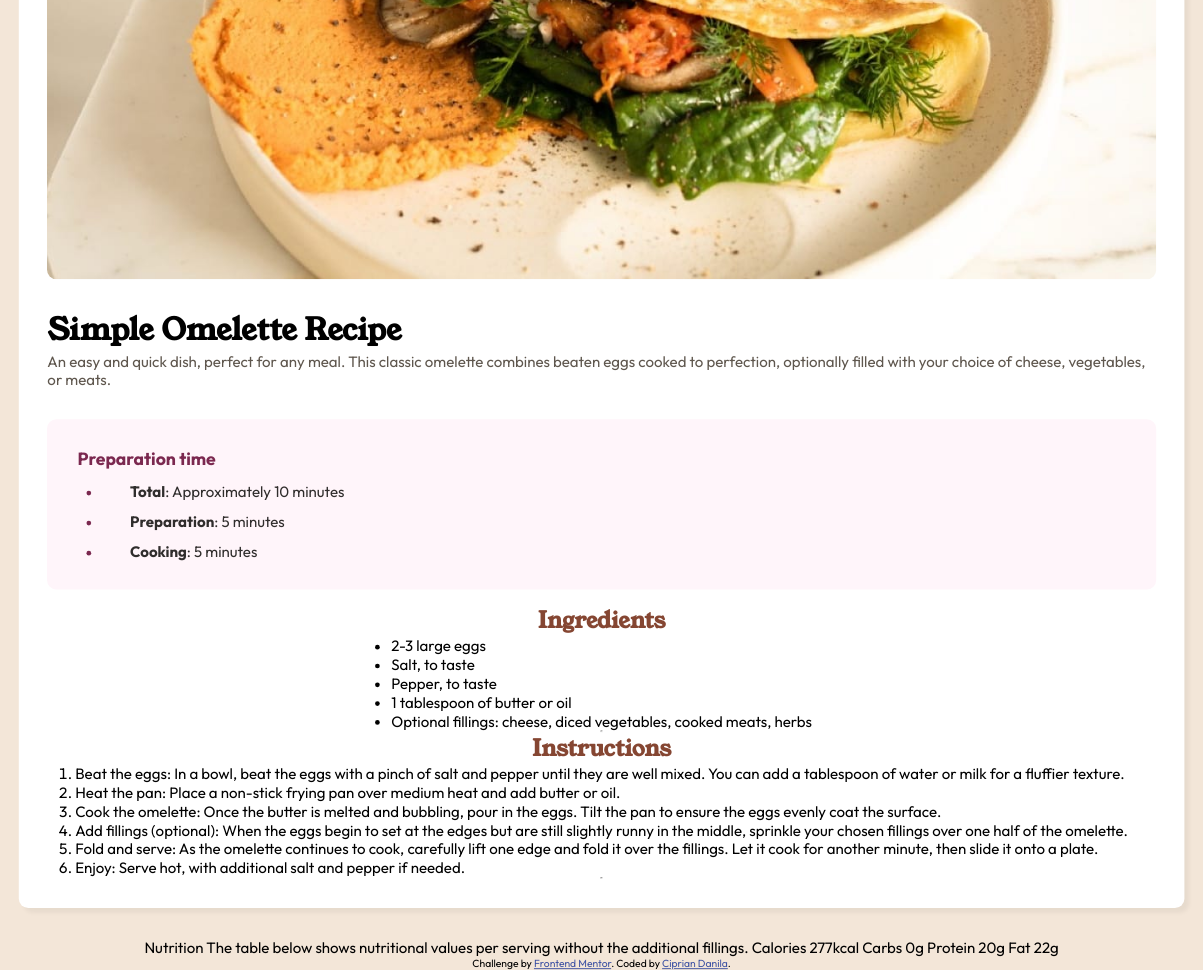
Repository: cipdanila/recipe-page
Page: index.html
An editor plug-in stored every save of this project. The page is shown before and after the next save, followed by the edit.
The browser window is 1280 px wide. The pictures show the whole page, at 94% of full size.

Above is the page before, as saved 2024-01-21 17:08:52.

### index.html
<!DOCTYPE html>
<html lang="en">
<head>
  <meta charset="UTF-8">
  <meta name="viewport" content="width=device-width, initial-scale=1.0"> <!-- displays site properly based on user's device -->

  <link rel="icon" type="image/png" sizes="32x32" href="./assets/images/favicon-32x32.png">
  <link rel="stylesheet" href="styles.css">

  <title>Frontend Mentor | Recipe page</title>

</head>
<body>
  <main>
    <div class="container">
      <img src="./assets/images//image-omelette.jpeg" alt="image-omlette">
      <div class="intro-section">
        <h1>Simple Omelette Recipe</h1>
        <p>
          An easy and quick dish, perfect for any meal. This classic omelette combines beaten eggs cooked
          to perfection, optionally filled with your choice of cheese, vegetables, or meats.
        </p>
      </div>
      <div class="prep-container">
        <h3>Preparation time</h3>
        <ul>
          <li><span>Total</span>: Approximately 10 minutes</li>
          <li><span>Preparation</span>: 5 minutes</li>
          <li><span>Cooking</span>: 5 minutes</li>
        </ul>
      </div>
      <h2>Ingredients</h2>
      <ul>
        <li>2-3 large eggs</li>
        <li>Salt, to taste</li>
        <li>Pepper, to taste</li>
        <li>1 tablespoon of butter or oil</li>
        <li>Optional fillings: cheese, diced vegetables, cooked meats, herbs</li>
      </ul>
      <hr>
      <h2>Instructions</h2>
      <ol>
        <li>Beat the eggs: In a bowl, beat the eggs with a pinch of salt and pepper until they are well mixed.
          You can add a tablespoon of water or milk for a fluffier texture.</li>
        <li>Heat the pan: Place a non-stick frying pan over medium heat and add butter or oil.</li>
        <li>Cook the omelette: Once the butter is melted and bubbling, pour in the eggs. Tilt the pan to ensure
          the eggs evenly coat the surface.</li>
        <li>Add fillings (optional): When the eggs begin to set at the edges but are still slightly runny in the
          middle, sprinkle your chosen fillings over one half of the omelette.</li>
        <li>Fold and serve: As the omelette continues to cook, carefully lift one edge and fold it over the
          fillings. Let it cook for another minute, then slide it onto a plate.</li>
        <li>Enjoy: Serve hot, with additional salt and pepper if needed.</li>
      </ol>
      <hr>
    </div>
  </main>

  Nutrition

  The table below shows nutritional values per serving without the additional fillings.

  Calories
  277kcal

  Carbs
  0g

  Protein
  20g

  Fat
  22g
  <footer>
    <div class="attribution">
      Challenge by <a href="https://www.frontendmentor.io?ref=challenge" target="_blank" rel="noopener">Frontend Mentor</a>.
      Coded by <a href="https://github.com/cipdanila" target="_blank" rel="noopener noreferrer">Ciprian Danila</a>.
    </div>
  </footer>
</body>
</html>

### styles.css
@import url("https://fonts.googleapis.com/css2?family=Outfit:wght@400;600;700&family=Young+Serif&display=swap");

* {
    margin: 0;
    padding: 0;
    box-sizing: border-box;
}

:root {
    /* Primary Colors */
    --nutmeg: hsl(14, 45%, 36%);            /* h2 */
    --dark-raspberry: hsl(332, 51%, 32%);   /* h3 */
    /* Neutral Colors */
    --white: hsl(0, 0%, 100%);              /* main container */
    --rose-white: hsl(330, 100%, 98%);      /* second container */
    --eggshell: hsl(30, 54%, 90%);          /* body */
    --light-grey: hsl(30, 18%, 87%);        /* shadow */
    --wenge-brown: hsl(30, 10%, 34%);       /* regular font */
    --dark-charcoal: hsl(24, 5%, 18%);      /* bold font */
    /* Fonts */
    --font-heads: 'Young Serif', sans-serif;
    --font-body: 'Outfit', sans-serif;
}

body {
    font-family: var(--font-body);
    font-size: 16px;
    background-color: var(--eggshell);
    display: flex;
    flex-direction: column;
    align-items: center;
    justify-content: center;
    height: calc(100vh - 1px);
    margin: 1.25rem;
}

img {
    max-width: 100%;
}

h1, h2 {
    font-family: var(--font-heads);
}

h2 {
    color: var(--nutmeg);
}

h3 {
    font-family: var(--font-body);
    color: var(--dark-raspberry);
}

p {
    color: var(--wenge-brown);
}

.container {
    background-color: var(--white);
    padding: 1.90rem;
    border-radius: 0.625rem;
    box-shadow: 5px 5px 5px rgba(0, 0, 0, 0.05);
    display: flex;
    flex-direction: column;
    align-items: center;
    margin-bottom: 2rem;
}

.container img {
    border-radius: 0.625rem;
    margin-bottom: 1rem;
}

.intro-section {
    display: flex;
    flex-direction: column;
    align-items: flex-start;
    width: 100%;
    margin: 1rem;
}

.prep-container {
    width: 100%;
    display: flex;
    flex-direction: column;
    align-items: flex-start;
    background-color: var(--rose-white);
    border-radius: 0.625rem;
    margin: 1rem auto 1rem;
    padding: 1.5rem 2rem;
    line-height: 2;
}

.prep-container ul {
    list-style-position: inside;
    padding-left: 10px;
}

.prep-container ul li::marker {
    color: var(--dark-raspberry);
}

.prep-container ul li {
    color: var(--dark-charcoal);
}

.prep-container ul li span {
    font-weight: 700;
    color: var(--dark-charcoal);
    margin-left: 1.5rem;
}

.attribution {
    font-size: 11px;
    text-align: center;
}

.attribution a {
    color: hsl(228, 45%, 44%);
}

@media (min-width: 375px) {
/**/
}

After the next save:
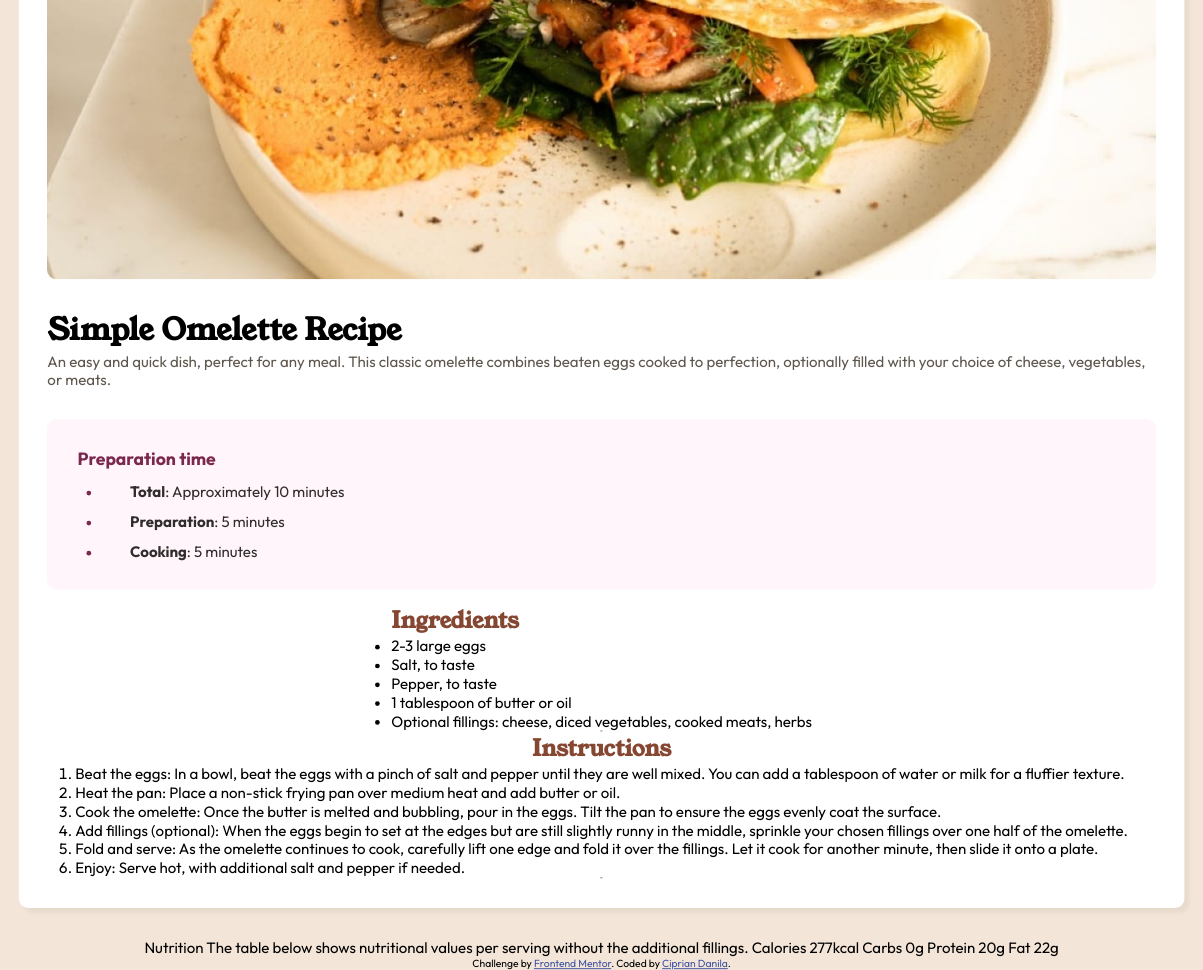
Saved 59 s later.
--- a/index.html
+++ b/index.html
@@ -29,14 +29,16 @@
           <li><span>Cooking</span>: 5 minutes</li>
         </ul>
       </div>
-      <h2>Ingredients</h2>
-      <ul>
-        <li>2-3 large eggs</li>
-        <li>Salt, to taste</li>
-        <li>Pepper, to taste</li>
-        <li>1 tablespoon of butter or oil</li>
-        <li>Optional fillings: cheese, diced vegetables, cooked meats, herbs</li>
-      </ul>
+      <div class="ingredients-container">
+        <h2>Ingredients</h2>
+        <ul>
+          <li>2-3 large eggs</li>
+          <li>Salt, to taste</li>
+          <li>Pepper, to taste</li>
+          <li>1 tablespoon of butter or oil</li>
+          <li>Optional fillings: cheese, diced vegetables, cooked meats, herbs</li>
+        </ul>
+      </div>
       <hr>
       <h2>Instructions</h2>
       <ol>
